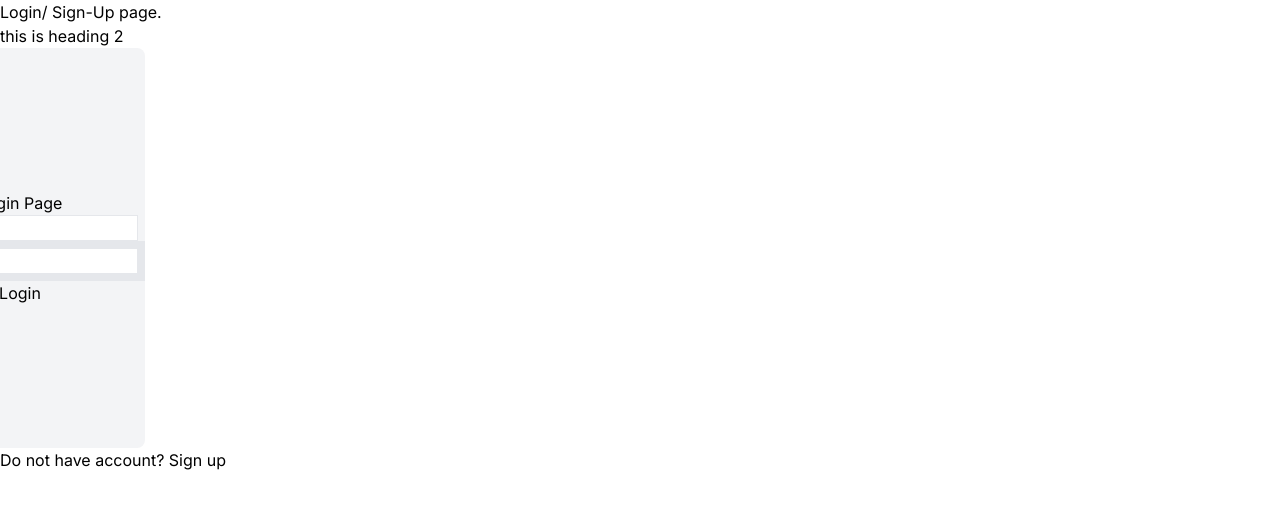
Repository: its-kundan/food-on-time
Page: /restaurant
The author's editor kept a copy of each file at every save. The page is drawn from the files as they stood at one save, then again after a run of saves.
The browser window is 1280 px wide. The pictures show the whole page.
The project was rebuilt for these pictures with package versions that can differ from the ones it lists, and the page was loaded fresh each time. The framework's server and built-in components were replaced by stand-ins that run in the browser. Also part of the build but not shown: next.config.mjs, src/app/_components/SignUp.jsx.

Above is the page before, as saved 2024-07-24 23:36:09.

After the next 4 saves:
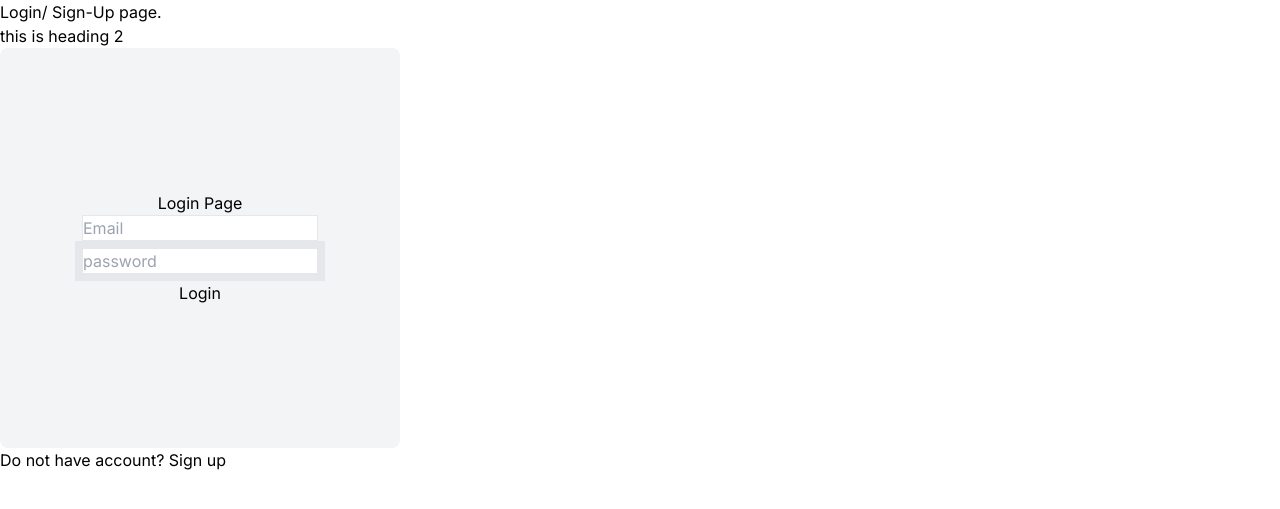
The 4 saves are shown as one change because they came seconds apart.
The last was saved 14 s later.
--- a/src/app/_components/Login.jsx
+++ b/src/app/_components/Login.jsx
@@ -3,7 +3,7 @@ import React from 'react'
 function Login() {
   return (
     <>
-    <div className='flex justify-center items-center h-[400px] w-10'>
+    <div className='flex justify-center items-center h-[400px] w-[400px]'>
 
         <div className='flex flex-col border-3 shadow-4 h-[400px] w-[400px] items-center justify-center bg-gray-100 dark:bg-gray-800 rounded-lg'>
         <h3> Login  Page</h3>
